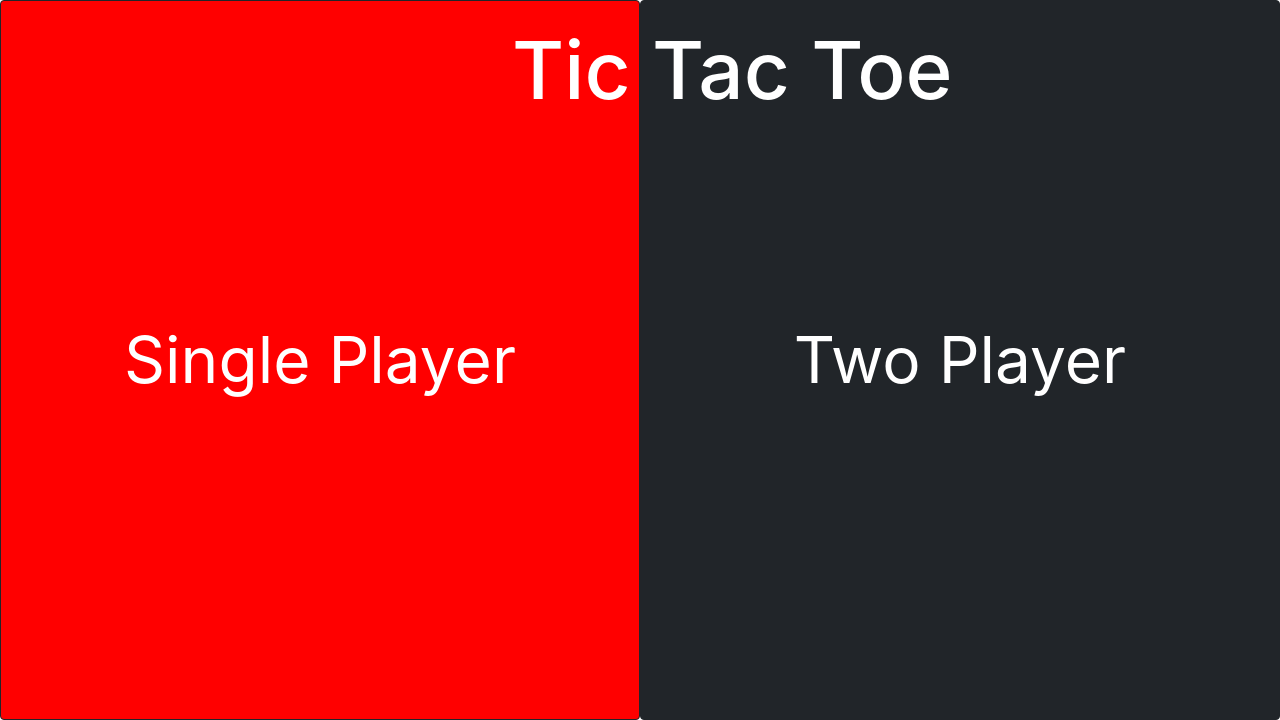
Repository: napan24/tic-tac-toe
Page: /
These files come from the project's save history. The page is drawn as it stood at one moment and after the next save; the edit follows.
The browser window is 1280 px wide. The pictures show the whole page.
The project was rebuilt for these pictures with package versions that can differ from the ones it lists, and the page was loaded fresh each time. Also part of the build but not shown: src/App.css, src/tik.css, src/App.js, src/Vscomp.js.

Above is the page before, as saved 2022-06-16 18:05:11.

After the next save:
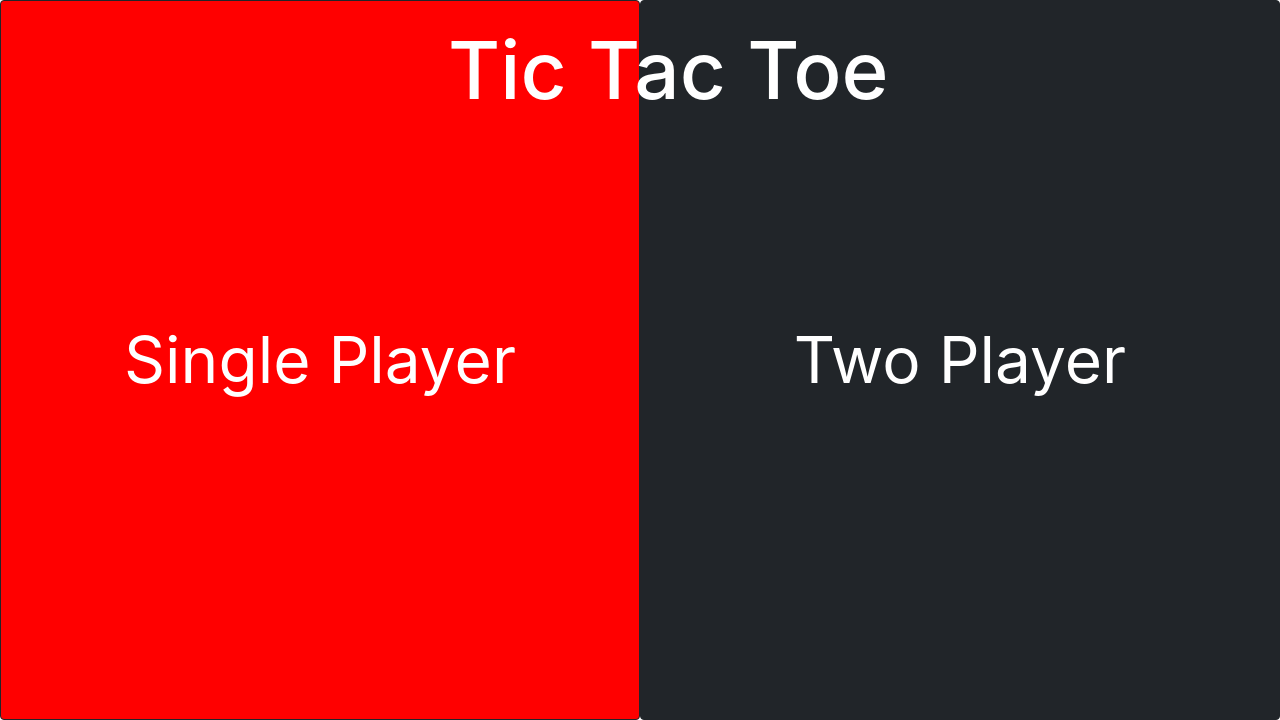
Saved 6 s later.
--- a/src/Home.js
+++ b/src/Home.js
@@ -2,7 +2,7 @@ import React from 'react';
 export default function () {
   return (
     <>
-        <h5 style={{fontSize:"5rem",position:"absolute",left:"40vw",color:"white",top:"3vh"}}>
+        <h5 style={{fontSize:"5rem",position:"absolute",left:"35vw",color:"white",top:"3vh"}}>
             Tic Tac Toe
         </h5>
         <button type="button" class="btn btn-dark" style={{width:"50vw",height:"100vh",backgroundColor:"red",fontSize:"4rem"}}>
